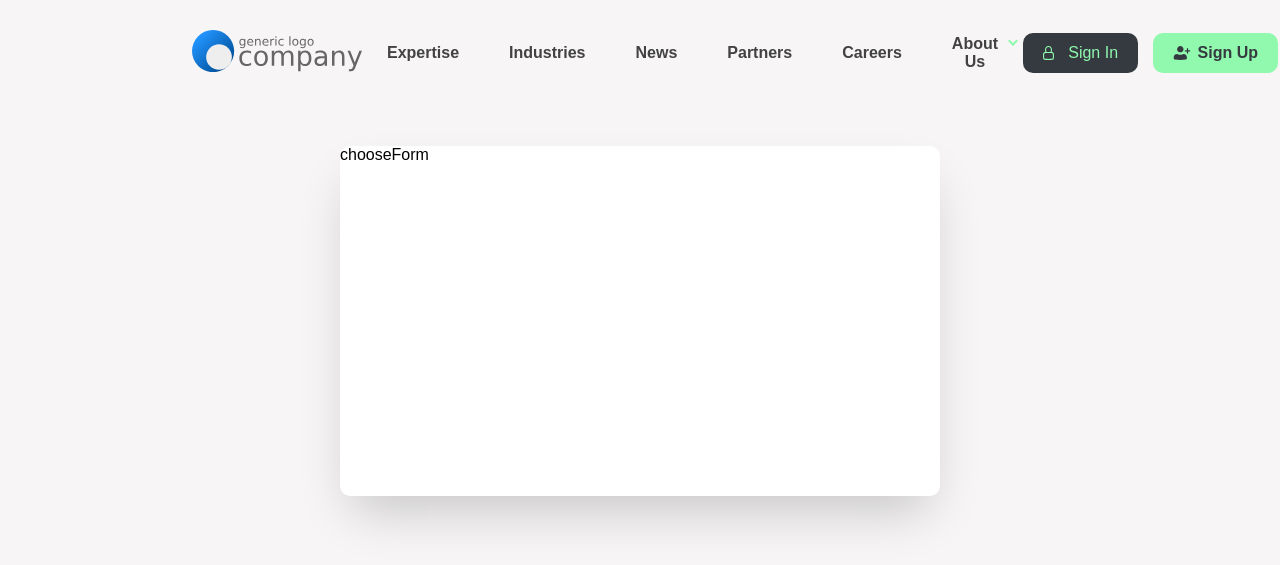
Repository: Andriy-Ma/widgetTask
Page: /
The author's editor kept a copy of each file at every save. The page is drawn from the files as they stood at one save, then again after the next save.
The browser window is 1280 px wide. The pictures show the whole page.
Some web fonts or font styles are not loaded; a fallback is used. The project was rebuilt for these pictures with package versions that can differ from the ones it lists, and the page was loaded fresh each time.

Above is the page before, as saved 2022-08-29 18:48:56.

After the next save:
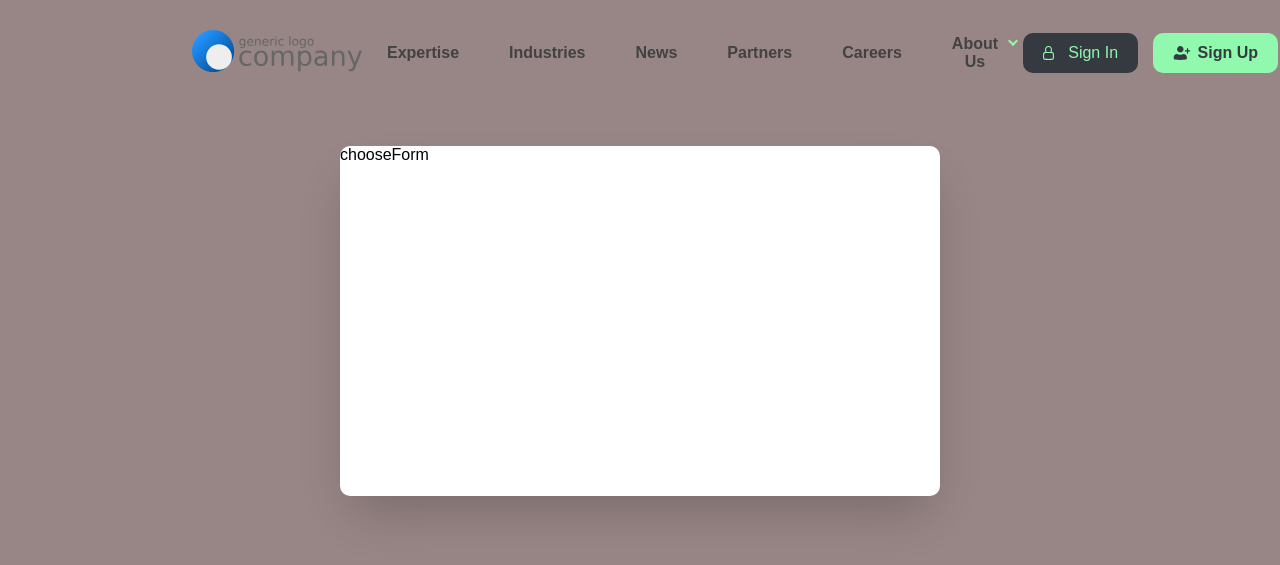
Saved 26 s later.
--- a/src/index.css
+++ b/src/index.css
@@ -5,7 +5,7 @@
 }
 body {
   font-family: 'Poppins', sans-serif;
-  background-color: #f7f5f5;
+  background-color: #988585;
   -webkit-font-smoothing: antialiased;
   -moz-osx-font-smoothing: grayscale;
 }

After the save that followed:
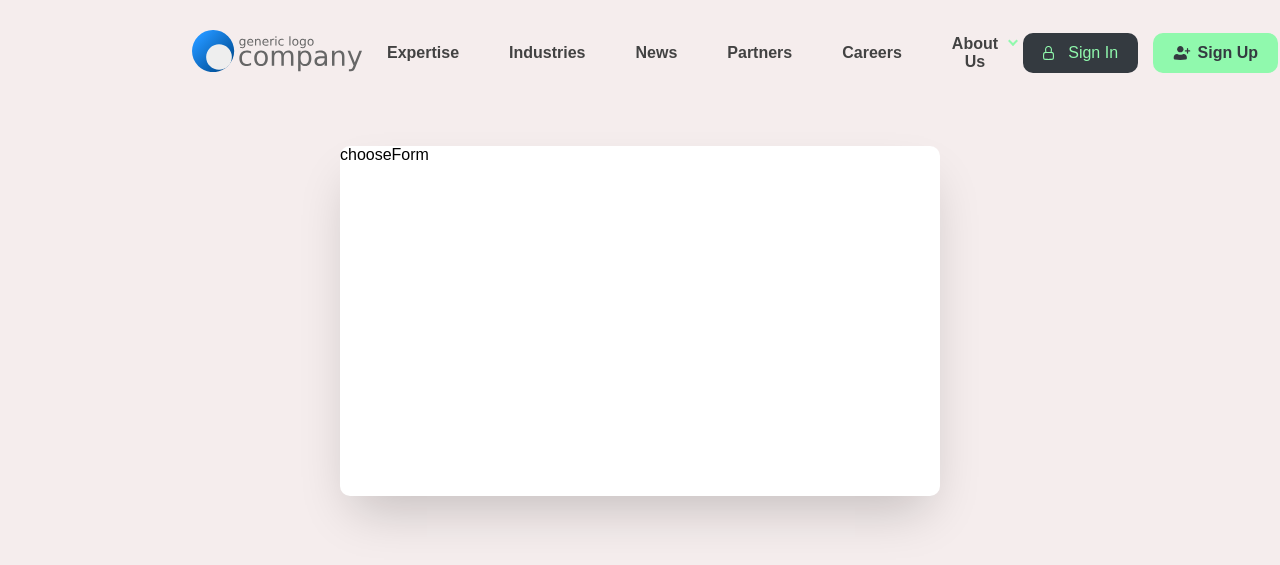
Saved 7 s later.
--- a/src/index.css
+++ b/src/index.css
@@ -5,7 +5,7 @@
 }
 body {
   font-family: 'Poppins', sans-serif;
-  background-color: #988585;
+  background-color: #f5eded;
   -webkit-font-smoothing: antialiased;
   -moz-osx-font-smoothing: grayscale;
 }
